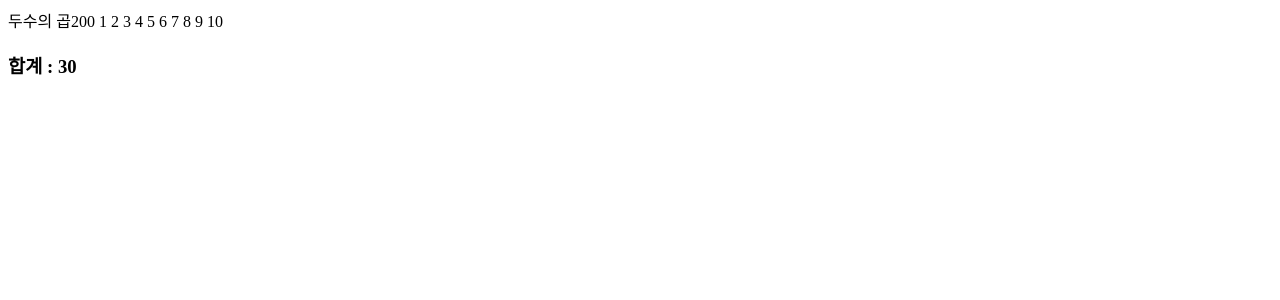
Repository: BangJinn/jspworks
Page: http://localhost/jwbook/ch01/scriptlet.jsp
These files come from the project's save history. The page is drawn as it stood at one moment and after a run of saves; the edit follows.
The browser window is 1280 px wide. The pictures show the whole page.
The page is served by Tomcat 9.

Above is the page before, as saved 2023-11-20 02:12:19.

After the next 3 saves:
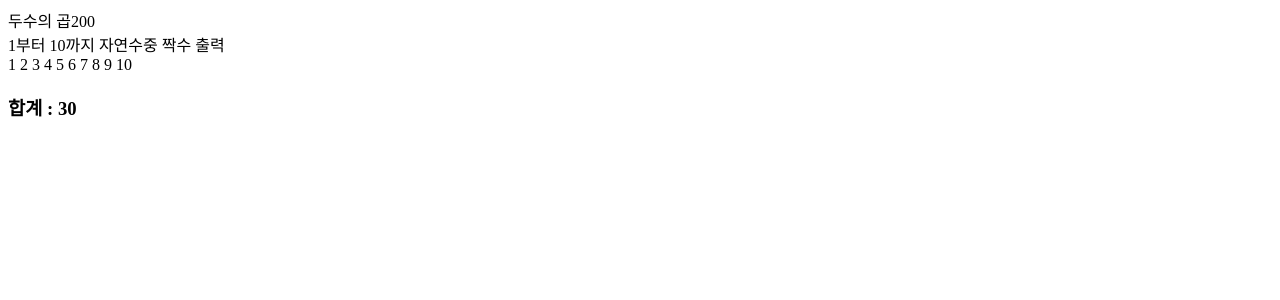
The 3 saves are shown as one change because 1 did not build or start and some came seconds apart.
The last was saved 54 s later.
--- a/jwbook/src/main/webapp/ch01/scriptlet.jsp
+++ b/jwbook/src/main/webapp/ch01/scriptlet.jsp
@@ -13,6 +13,7 @@
 		out.println("두수의 곱" + (n1*n2));
 
 		//1부터 10까지 자연수중 짝수 출력
+		out.println("<br>1부터 10까지 자연수중 짝수 출력<br>");
 		for(int i = 1; i<=10; i++){
 			out.println(i);
 		};
